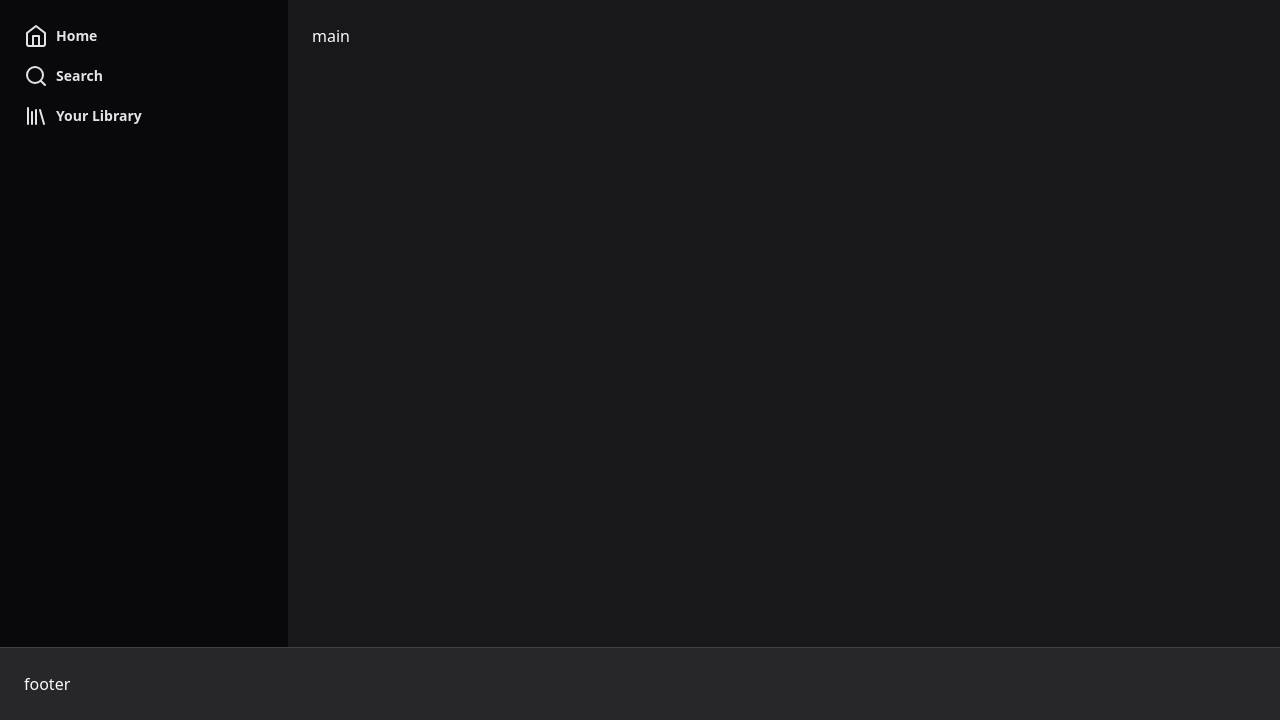
Repository: guilhermecardoso93/tailwind-spotify
Page: /
The author's editor kept a copy of each file at every save. The page is drawn from the files as they stood at one save, then again after the next save.
The browser window is 1280 px wide. The pictures show the whole page.
The project was rebuilt for these pictures with package versions that can differ from the ones it lists, and the page was loaded fresh each time. The framework's server and built-in components were replaced by stand-ins that run in the browser. Also part of the build but not shown: next.config.js.

Above is the page before, as saved 2023-04-15 19:59:23.

After the next save:
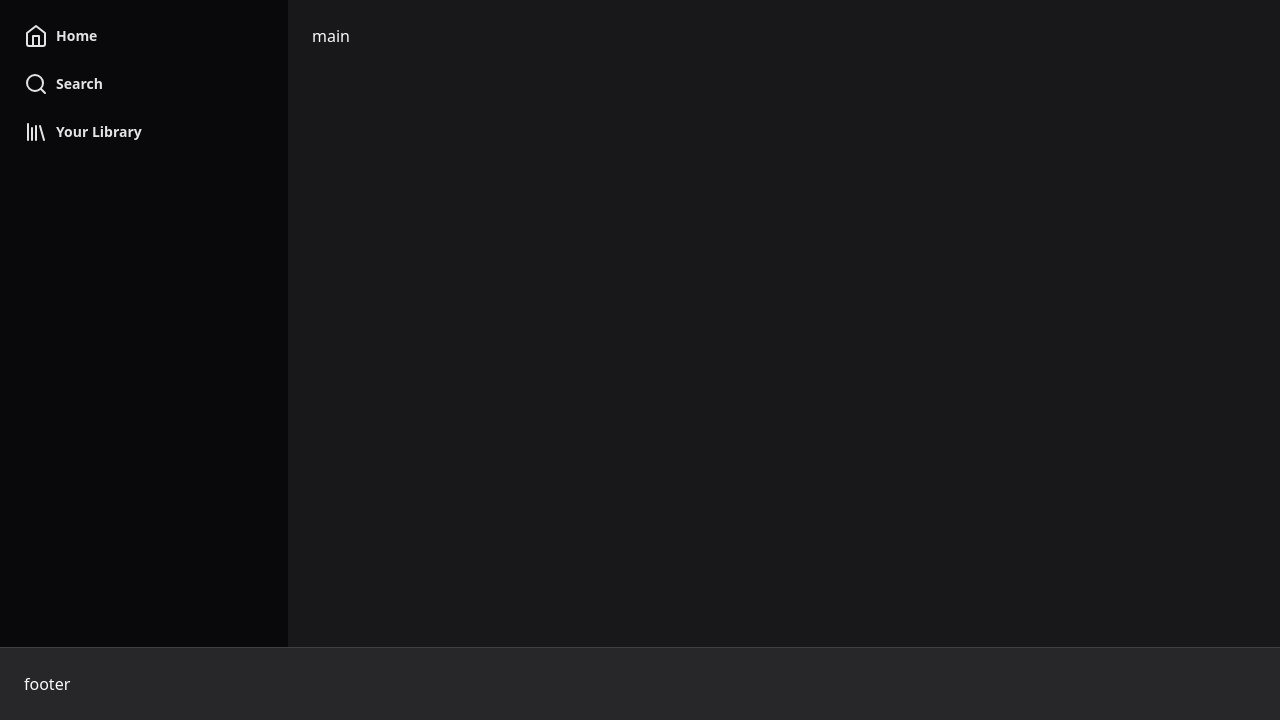
Saved 6 s later.
--- a/src/app/page.tsx
+++ b/src/app/page.tsx
@@ -4,7 +4,7 @@
     <div className="h-screen flex flex-col">
       <div className="flex flex-1">
         <aside className="w-72 bg-zinc-950 p-6">
-          <nav className="space-y-4">
+          <nav className="space-y-6">
             <a href="" className="flex items-center gap-2 text-sm font-semibold text-zinc-200">
               <HomeIcon /> Home
             </a>
